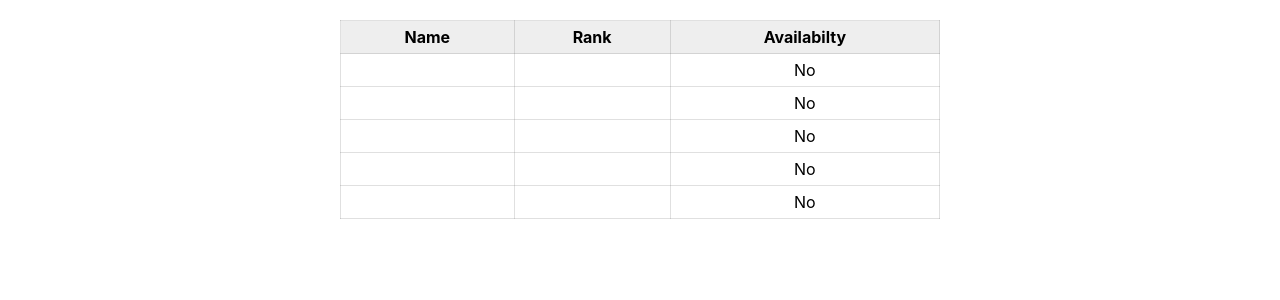
Repository: Anubhavgarg/pomelopay
Page: / (app in my-app/)
An editor plug-in stored every save of this project. The page is shown before and after the next save, followed by the edit.
The browser window is 1280 px wide. The pictures show the whole page.
The project was rebuilt for these pictures with package versions that can differ from the ones it lists, and the page was loaded fresh each time.

Above is the page before, as saved 2020-02-22 00:15:59.

### my-app/src/App.js
import React from 'react';
import './App.css';

function App() {
  const [itemList, setItemList] = React.useState({
    list: []
  });
  React.useEffect(() => {
    fetch('http://localhost:3000/App.json')
      .then(results => results.json())
      .then(data => {
        console.log("data:", data);
        setItemList({ ...itemList, list: data.response });
      });
  }, []);
  return (
    <div className="App">
      <table>
        <thead>
          <tr>
            <th>Name</th>
            <th>Rank</th>
            <th>Availabilty</th>
          </tr>
        </thead>
        <tbody>
          {
            itemList.list.map(item => {
              return (
                <tr key={item._id}>
                  <td>{item.name}</td>
                  <td>{item.rank}</td>
                  <td>{item.available ? "Yes" : "No"}</td>
                </tr>
              )
            })
          }

        </tbody>
      </table>
    </div>
  );
}

export default App;

### my-app/src/App.css
.App {
  text-align: center;
}

table{
  width: 100%;
  max-width: 600px;
  margin: 20px auto;
  border-collapse: collapse;
}

table, th, td {
  border: 1px solid rgba(102,102,102,0.2);
}
th,td{
  padding: 6px 10px;
}
th{
  background-color: #eee;
}

### my-app/public/App.json
{
    "response": [{
        "presentBalance": 10000,
        "merchantFee": 50,
        "previousBalance": 5000,
        "lastAmountDeducted": 5000,
        "deductBalance": 0
    }, {
        "presentBalance": 100000,
        "merchantFee": 50,
        "previousBalance": 5000,
        "lastAmountDeducted": 5000,
        "deductBalance": 0
    }, {
        "presentBalance": 50000,
        "merchantFee": 50,
        "previousBalance": 5000,
        "lastAmountDeducted": 5000,
        "deductBalance": 0
    }, {
        "presentBalance": 300000,
        "merchantFee": 50,
        "previousBalance": 5000,
        "lastAmountDeducted": 5000,
        "deductBalance": 0
    }, {
        "presentBalance": 34000,
        "merchantFee": 50,
        "previousBalance": 5000,
        "lastAmountDeducted": 5000,
        "deductBalance": 0
    }]
}

Loaded but not shown: my-app/public/index.html (common file); my-app/src/index.js (common file); my-app/src/index.css (common file); my-app/src/serviceWorker.js (common file)

After the next save:
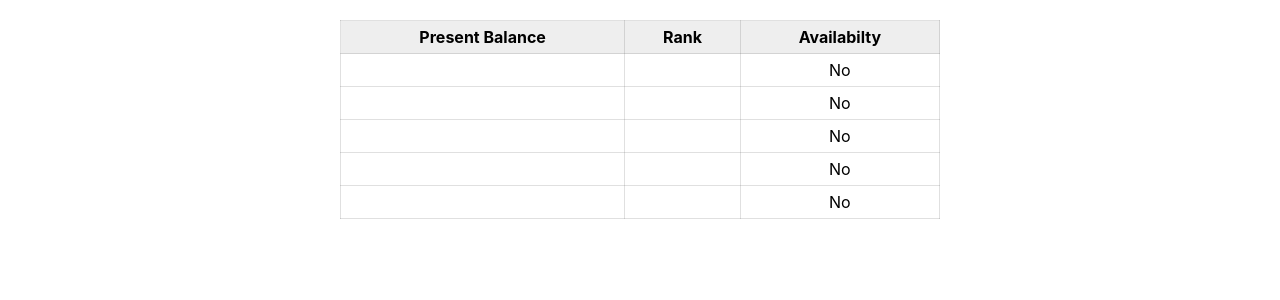
Saved 117 s later.
--- a/my-app/src/App.js
+++ b/my-app/src/App.js
@@ -18,7 +18,7 @@ function App() {
       <table>
         <thead>
           <tr>
-            <th>Name</th>
+            <th>Present Balance</th>
             <th>Rank</th>
             <th>Availabilty</th>
           </tr>
